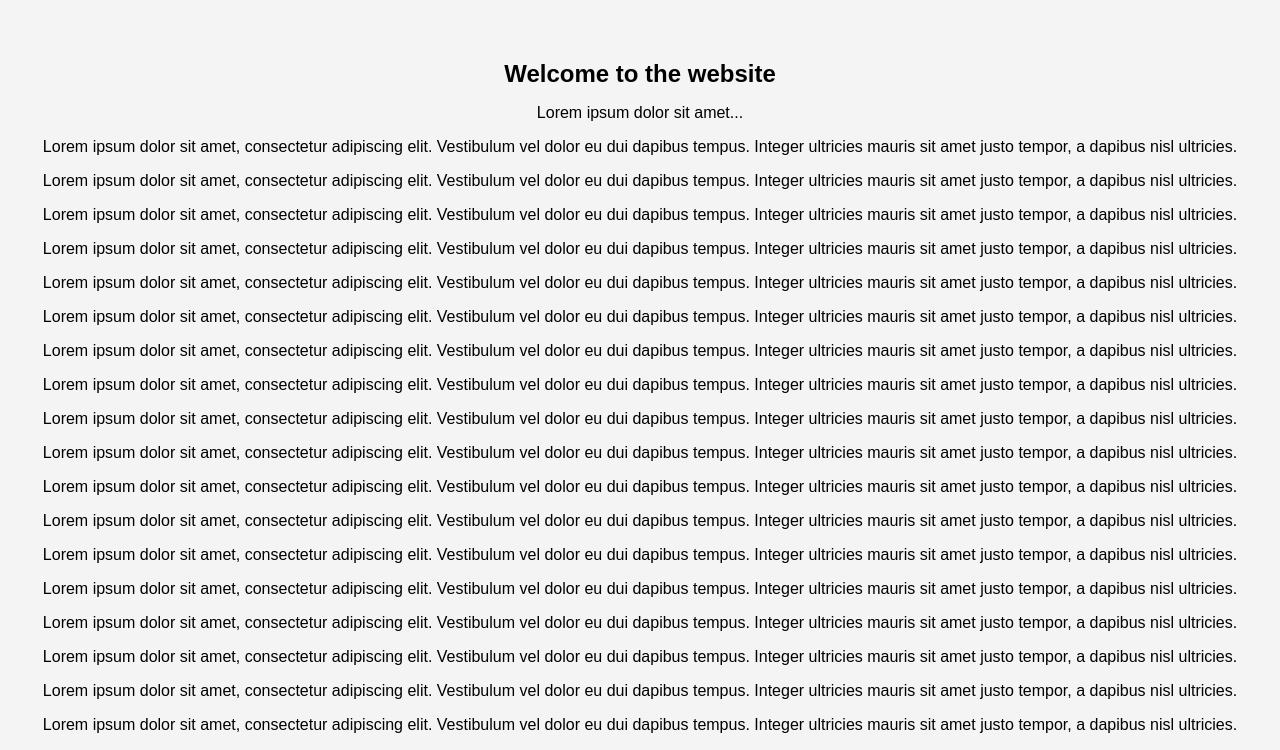
Repository: JoyMoGas/HelujaArc
Page: http://localhost/
The author's editor kept a copy of each file at every save. The page is drawn from the files as they stood at one save, then again after the next save.
The browser window is 1280 px wide. The pictures show the part of the page from y = 500 to 1274 px (the page is 1250 px tall before and 1274 px after).
Backgrounds fixed to the window are drawn as part of the page. The page is served by the project's application, run on Flask 3 (run.py).

Above is the page before, as saved 2024-08-11 18:06:00.

After the next save:
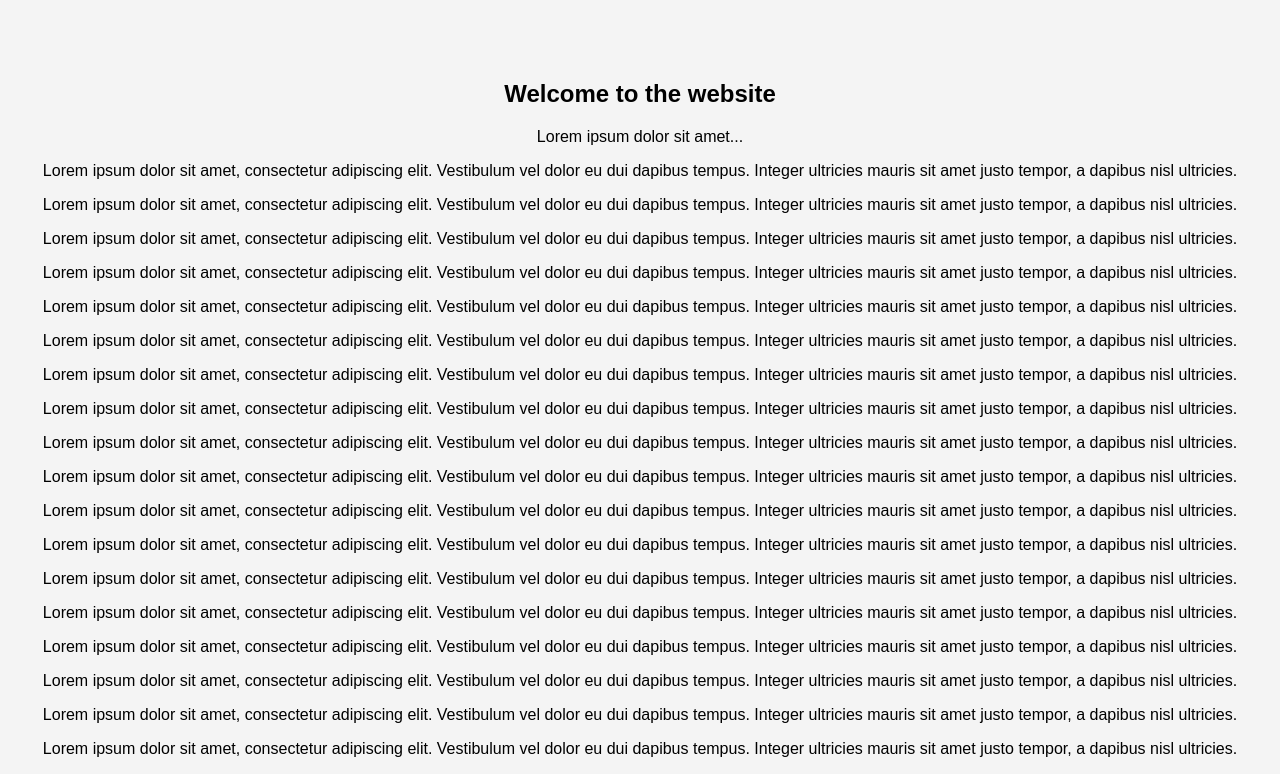
Saved 11 s later.
--- a/static/style.css
+++ b/static/style.css
@@ -1,8 +1,4 @@
 /* General Styles and Reset */
-body, h1, ul, li {
-    margin: 0;
-    padding: 0;
-}
 
 body {
     font-family: Arial, sans-serif;

After the 5 saves that followed:
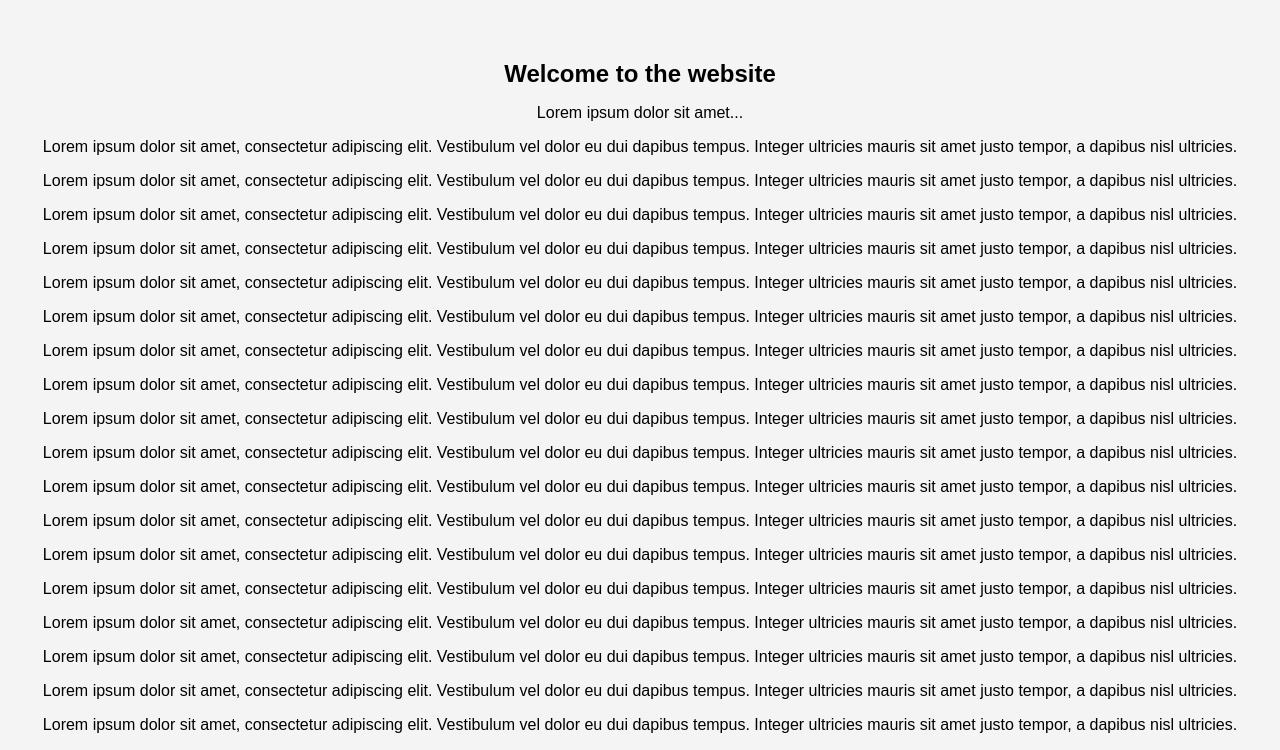
The 5 saves are shown as one change because 4 left the picture as it was.
The last was saved 2 min 29 s later.
--- a/static/style.css
+++ b/static/style.css
@@ -1,4 +1,8 @@
 /* General Styles and Reset */
+body, h1, ul, li {
+    margin: 0;
+    padding: 0;
+}
 
 body {
     font-family: Arial, sans-serif;
